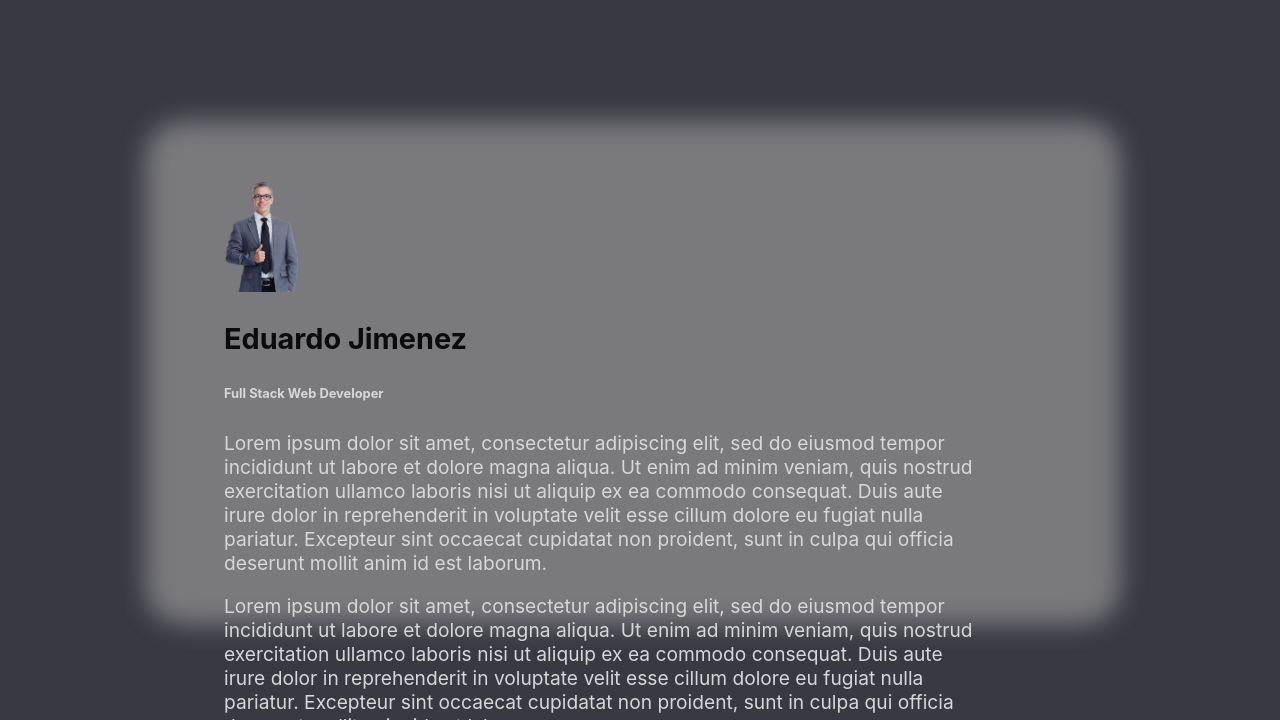
Repository: l8nightswithJS/react-my-portfolio
Page: /
These files come from the project's save history. The page is drawn as it stood at one moment and after the next save; the edit follows.
The browser window is 1280 px wide. The pictures show the whole page.
The project was rebuilt for these pictures with package versions that can differ from the ones it lists, and the page was loaded fresh each time.

Above is the page before, as saved 2021-04-29 13:16:40.

### src/App.js
import SplashPage from './pages/splashPage';

function App() {
  return (
    <SplashPage />
  );
}

export default App;

### src/pages/splashPage.js
import '../App.css';
import img from "../images/businessman.png"

function SplashPage() {
    return (
        <div className="App">
            <header className="App-header">
                <section>
                    <div>
                        <img src={img} alt="buisness man img"/>
                        <h1>Eduardo Jimenez</h1>
                        <h6>Full Stack Web Developer</h6>
                        <p>Lorem ipsum dolor sit amet, consectetur adipiscing elit, sed do eiusmod tempor incididunt ut labore et dolore magna aliqua. Ut enim ad minim veniam, quis nostrud exercitation ullamco laboris nisi ut aliquip ex ea commodo consequat. Duis aute irure dolor in reprehenderit in voluptate velit esse cillum dolore eu fugiat nulla pariatur. Excepteur sint occaecat cupidatat non proident, sunt in culpa qui officia deserunt mollit anim id est laborum.</p>

                        <p>Lorem ipsum dolor sit amet, consectetur adipiscing elit, sed do eiusmod tempor incididunt ut labore et dolore magna aliqua. Ut enim ad minim veniam, quis nostrud exercitation ullamco laboris nisi ut aliquip ex ea commodo consequat. Duis aute irure dolor in reprehenderit in voluptate velit esse cillum dolore eu fugiat nulla pariatur. Excepteur sint occaecat cupidatat non proident, sunt in culpa qui officia deserunt mollit anim id est laborum.</p>

                    </div>
                </section>
            </header>
        </div>
    );
}

export default SplashPage;

### src/App.css
.App {
  height: 100vh;
  width: 100%;
  background-color: rgb(56, 58, 65);
}

section {
  position: fixed;
  top: 0;
  bottom: 0;
  left: 0;
  right: 0;
  background-color: rgb(139, 138, 142);
  height: 50vh;
  width: 65vw;
  margin: auto;
  font-size: 1.2em;
  color: white;
  box-shadow: -1vh 1vw 2vw 10vh rgb(139, 138, 142);
  opacity: .8;
  border-radius: 1.5vh;
}

section div {
  max-width: 90%;
  max-height: 90%;
}

section div h1 {
  color: black;
}

section div img {
  width: 10%;
  height: 12%;
}

Loaded but not shown: public/index.html (common file); src/index.js (common file); src/index.css (common file); src/reportWebVitals.js (common file)

After the next save:
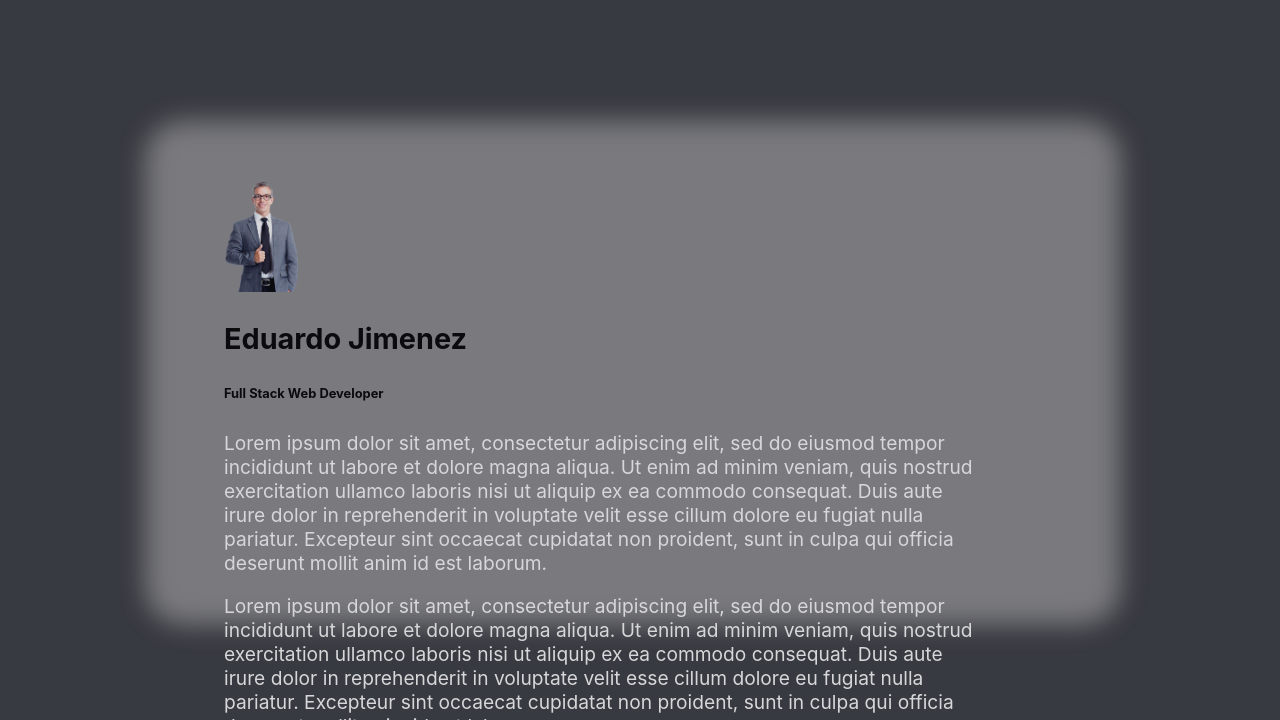
Saved 86 s later.
--- a/src/App.css
+++ b/src/App.css
@@ -30,6 +30,10 @@ section div h1 {
   color: black;
 }
 
+h6 {
+  color: black;
+}
+
 section div img {
   width: 10%;
   height: 12%;
